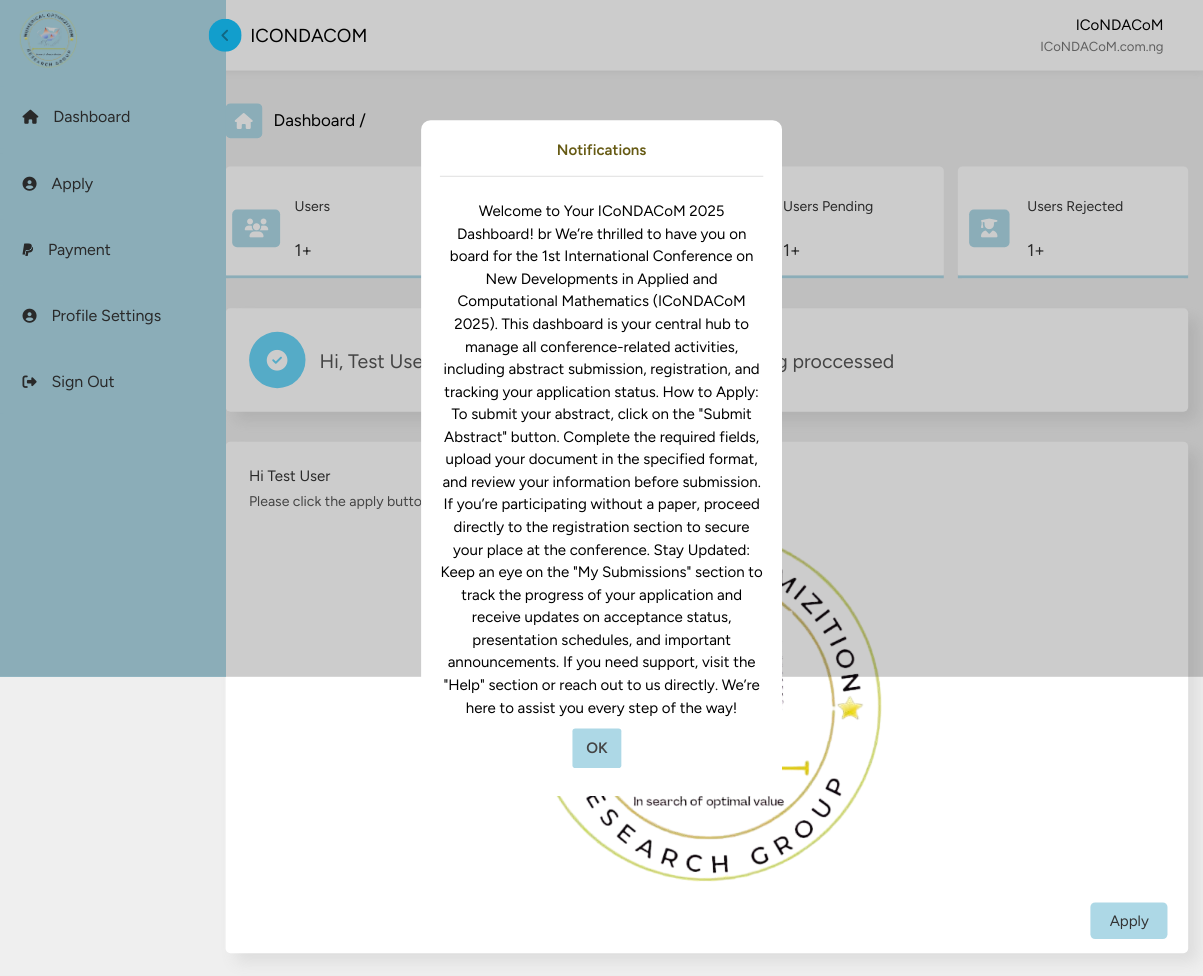
Repository: mrcode-gmb/aa-lectturn
Page: http://localhost/dashboard
The author's editor kept a copy of each file at every save. The page is drawn from the files as they stood at one save, then again after the next save.
The browser window is 1280 px wide. The pictures show the whole page, at 94% of full size.
The page is served by the project's Laravel application, run on PHP 8.4 with Laravel 10. A made-up administrator, Test User (test@example.com), is signed in. Other server files are loaded and not shown. Queries for data that is not in the repository find no rows.

Above is the page before, as saved 2025-02-07 10:22:11.

### routes/web.php
<?php

use App\Models\User;
use Illuminate\Support\Facades\Mail;
use Illuminate\Support\Facades\Route;
use App\Http\Controllers\ProfileController;
use App\Http\Controllers\ApplyCompetationController;

/*
|--------------------------------------------------------------------------
| Web Routes
|--------------------------------------------------------------------------
|
| Here is where you can register web routes for your application. These
| routes are loaded by the RouteServiceProvider and all of them will
| be assigned to the "web" middleware group. Make something great!
|
*/

Route::get('/', function () {
    return view('welcome');
});

Route::get('/dashboard', function () {
    return view('dashboard',
    [
        "allUsers" => User::where("role",2)->count(),
        "allPendingUsers" => User::where("status",1)->count(),
        "allApprovedUsers" => User::where("status",2)->count(),
        "allRejectedUsers" => User::where("status",3)->count(),
    ]);
})->middleware(['auth', 'verified'])->name('dashboard');

Route::middleware('auth')->group(function () {
    Route::get('/profile', [ProfileController::class, 'edit'])->name('profile.edit');
    Route::patch('/profile', [ProfileController::class, 'update'])->name('profile.update');
    Route::delete('/profile', [ProfileController::class, 'destroy'])->name('profile.destroy');

    Route::controller(ApplyCompetationController::class)->group(function () {
        Route::get("/apply", "index")->name("apply");
        Route::get("/users/applied", "showAppliedUsers")->name("apply.showAppliedUsers");
        Route::get("/users/payment/histories", "showPaymentHistories")->name("apply.showPaymentHistories");
        Route::get("/users/all", "showAlldUsers")->name("all.showAppliedUsers");
        Route::post("apply/store", "store")->name("apply.store");
        Route::post("apply/update", "update")->name("apply.update");
        Route::post("apply/payment-status", "paymentStatus")->name("apply.paymentStatus");
        Route::get("/payment/user", "userPayment")->name("userPayment");
        Route::post("/payment/payment", "userPaymentPayment")->name("userPaymentPayment");
    });
});

require __DIR__ . '/auth.php';

### app/Models/User.php
<?php

namespace App\Models;

// use Illuminate\Contracts\Auth\MustVerifyEmail;
use Illuminate\Database\Eloquent\Factories\HasFactory;
use Illuminate\Foundation\Auth\User as Authenticatable;
use Illuminate\Notifications\Notifiable;
use Laravel\Sanctum\HasApiTokens;

class User extends Authenticatable
{
    use HasApiTokens, HasFactory, Notifiable;

    /**
     * The attributes that are mass assignable.
     *
     * @var array<int, string>
     */
    protected $fillable = [
        'name',
        'email',
        "status",
        'password',
    ];

    /**
     * The attributes that should be hidden for serialization.
     *
     * @var array<int, string>
     */
    protected $hidden = [
        'password',
        'remember_token',
    ];

    /**
     * The attributes that should be cast.
     *
     * @var array<string, string>
     */
    protected $casts = [
        'email_verified_at' => 'datetime',
        'password' => 'hashed',
    ];

    public function userApplied()
    {
        return $this->hasOne(ApplyCompetation::class);
    }
    public function payment()
    {
        return $this->hasOne(Payment::class);
    }
}

### resources/views/dashboard.blade.php
<x-app-layout>
    <div>
        <section id="mainbody">
            <div class="main-body">
                <div class="str">
                    <div class="str-home">
                        <i class="fa fa-home"></i>
                        <div class="db">
                            <h4>Dashboard / &nbsp;</h4>
                            <p></p>
                        </div>
                    </div>
                </div>
                <div>
                    <div class="tabs" id="tabls">
                        <div class="">
                            <div class="container-fluiding">
                                <div class="col-md-3">
                                    <div class="icon-flex">
                                        <div class="left">
                                            <i class="fa fa-users"></i>
                                        </div>
                                        <div class="right">
                                            <h4>Users</h4>
                                            <p class="percent" id="percent">0%</p>
                                        </div>
                                    </div>
                                    <div class="loader">
                                        <div class="shows" id="shows"></div>
                                    </div>
                                </div>
                                <div class="col-md-3">
                                    <div class="icon-flex">
                                        <div class="left">
                                            <i class="fa fa-hand-point-right"></i>
                                        </div>
                                        <div class="right">
                                            <h4>Users Approved</h4>
                                            <p class="percent" id="percent1">0%</p>
                                        </div>
                                    </div>
                                    <div class="loader">
                                        <div class="shows" id="shows1"></div>
                                    </div>
                                </div>
                                <div class="col-md-3">
                                    <div class="icon-flex">
                                        <div class="left">
                                            <i class="fa fa-money-check-alt"></i>
                                        </div>
                                        <div class="right">
                                            <h4>Users Pending</h4>
                                            <p class="percent" id="percent2">0%</p>
                                        </div>
                                    </div>
                                    <div class="loader">
                                        <div class="shows" id="shows2"></div>
                                    </div>
                                </div>
                                <div class="col-md-3">
                                    <div class="icon-flex">
                                        <div class="left">
                                            <i class="fa fa-user-graduate"></i>
                                        </div>
                                        <div class="right">
                                            <h4>Users Rejected</h4>
                                            <p class="percent" id="percent3">0%</p>
                                        </div>
                                    </div>
                                    <div class="loader">
                                        <div class="shows" id="shows3"></div>
                                    </div>
                                </div>
                            </div>
                        </div>
                        <x-auth-session-status class="mb-4" :status="session('status')" />
                        @if (Auth::user()->status != 0)
                            @if (Auth::user()->status == 1)
                                <div class="full-chart">
                                    <div class="chart-title flex-class">
                                        <div class="circle-pending">
                                            <i class="fa fa-check-circle"></i>
                                        </div>
                                        <div class="circle-text">
                                            <p>Hi, {{ Auth::user()->name }}, Congratulation your application is being
                                                proccessed </p>
                                        </div>
                                    </div>
                                </div>
                            @elseif (Auth::user()->status == 2)
                                <div class="full-chart">
                                    <div class="chart-title flex-class">
                                        <div class="circle-success">
                                            <i class="fa fa-check-circle"></i>
                                        </div>
                                        <div class="circle-text">
                                            <p>Hi, {{ Auth::user()->name }}, Congratulation your application has been
                                                approved.
                                            </p>
                                        </div>
                                    </div>
                                </div>
                            @elseif (Auth::user()->status == 3)
                                <div class="full-chart">
                                    <div class="chart-title flex-class">
                                        <div class="circle-rejected">
                                            <i class="fa fa-check-circle"></i>
                                        </div>
                                        <div class="circle-text">
                                            <p>Hi, {{ Auth::user()->name }}, Sorry your application cannot be
                                                considered.
                                            </p>
                                        </div>
                                    </div>
                                </div>
                            @else
                            @endif
                        @endif
                    </div>
                </div>

                @if (Auth::user()->role == 1)
                    <div>
                        <div class="tabs" id="tabls">
                            <div class="full-chart">
                                <div class="chart-title">
                                    <h3>Hi {{ Auth::user()->name }} (Super Admin)</h3>
                                    <p>Please click the manage users button to view, approved, or reject user who apply
                                    </p>
                                </div>
                                <div class="dont-have">
                                    <img src="{{ asset('asset/photos/WhatsApp_Image_2024-10-23_at_8.20.45_PM-removebg-preview.png') }}"
                                        alt="">
                                </div>
                                <div class="create-app">
                                    <a href="apply">
                                        Manage Users
                                    </a>
                                </div>
                            </div>
                            <br>
                        </div>
                    </div>
                @else
                    <div>
                        <div class="tabs" id="tabls">
                            <div class="full-chart">
                                <div class="chart-title">
                                    <h3>Hi {{ Auth::user()->name }}</h3>
                                    <p>Please click the apply button to apply</p>
                                </div>
                                <div class="dont-have">
                                    <img src="{{ asset('asset/photos/WhatsApp_Image_2024-10-23_at_8.20.45_PM-removebg-preview.png') }}"
                                        alt="">
                                </div>
                                <div class="create-app">
                                    <a href="apply">
                                        Apply
                                    </a>
                                </div>
                            </div>
                            <br>
                        </div>
                    </div>
                @endif
                <!-- end design dashboard content  -->
            </div>
        </section>
    </div>
    <div class="modal d-nones text-center font-bold" id="modal">
        <div class="modal-dialog">
            <div class="modal-head">
                <p><b>Notifications</b> </p>
            </div>
            <form class="modal-body">
                <p>
                    Welcome to Your ICoNDACoM 2025 Dashboard! br
We’re thrilled to have you on board for the 1st International Conference on New Developments in Applied and Computational Mathematics (ICoNDACoM 2025). This dashboard is your central hub to manage all conference-related activities, including abstract submission, registration, and tracking your application status.

How to Apply:
To submit your abstract, click on the "Submit Abstract" button. Complete the required fields, upload your document in the specified format, and review your information before submission. If you’re participating without a paper, proceed directly to the registration section to secure your place at the conference.

Stay Updated:
Keep an eye on the "My Submissions" section to track the progress of your application and receive updates on acceptance status, presentation schedules, and important announcements. If you need support, visit the "Help" section or reach out to us directly. We’re here to assist you every step of the way!


                </p>
                <div class="modal-footer text-center">
                    <button type="button" onclick="modalDismiss()">OK</button>
                </div>
            </form>
        </div>
    </div>
    <script>
        const modalDismiss = ()=>{
            document.querySelector("#modal").style.display = "none";
        }
        window.onclick = (e)=>{
            const modal = document.getElementById("modal")
            if(e.target == modal){
                document.querySelector("#modal").style.display = "none";
            }
        }
        window.onload = () => {
            let loader = document.querySelector(".shows"),
                percent = document.querySelector("#percent");

            let loaderStart = 0,
                loaderEnd = {{ $allUsers < 1 ? 1 : $allUsers }},
                loaderTime = 60;

            let start = setInterval(() => {
                loaderStart++;

                percent.textContent = loaderStart + '+';
                loader.style.width = `${loaderStart}`;
                loader.style.background = `rgb(173, 216, 230)`;


                if (loaderStart == loaderEnd) {
                    clearInterval(start);
                }
            }, loaderTime);


            let loader1 = document.querySelector("#shows1"),
                percent1 = document.querySelector("#percent1");

            let loaderStart1 = 0,
                loaderEnd1 = {{ $allApprovedUsers < 1 ? 1 : $allApprovedUsers }},
                loaderTime1 = 60;

            let start1 = setInterval(() => {
                loaderStart1++;

                percent1.textContent = loaderStart1 + '+';
                loader1.style.width = `${loaderStart1}`;
                loader1.style.background = `rgb(173, 216, 230)`;


                if (loaderStart1 == loaderEnd1) {
                    clearInterval(start1);
                }
            }, loaderTime1);




            let loader2 = document.querySelector("#shows2"),
                percent2 = document.querySelector("#percent2");

            let loaderStart2 = 0,
                loaderEnd2 = {{ $allPendingUsers < 1 ? 1 : $allPendingUsers }},
                loaderTime2 = 60;

            let start2 = setInterval(() => {
                loaderStart2++;

                percent2.textContent = loaderStart2 + '+';
                loader2.style.width = `${loaderStart2}`;
                loader2.style.background = `rgb(173, 216, 230)`;


                if (loaderStart2 == loaderEnd2) {
                    clearInterval(start2);
                }
            }, loaderTime2);


            let loader3 = document.querySelector("#shows3"),
                percent3 = document.querySelector("#percent3");

            let loaderStart3 = 0,
                loaderEnd3 = {{ $allRejectedUsers < 1 ? 1 : $allRejectedUsers }},
                loaderTime3 = 60;

            let start3 = setInterval(() => {
                loaderStart3++;

                percent3.textContent = loaderStart3 + '+';
                loader3.style.width = `${loaderStart3}`;
                loader3.style.background = `rgb(173, 216, 230)`;


                if (loaderStart3 == loaderEnd3) {
                    clearInterval(start3);
                }
            }, loaderTime3);

        }
    </script>
</x-app-layout>

### resources/views/components/auth-session-status.blade.php
@props(['status'])

@if ($status)
    <div {{ $attributes->merge(['class' => 'font-medium text-sm text-green-600 dark:text-green-400 alert-success']) }}>
        <i class="fa fa-check-circle"></i>&nbsp;{{ $status }}
    </div>
@endif

Loaded but not shown: routes/auth.php (common file); app/Http/Controllers/Auth/EmailVerificationPromptController.php (common file); app/Http/Controllers/Controller.php (common file); app/Http/Controllers/Auth/VerifyEmailController.php (common file); app/View/Components/AppLayout.php (common file); public/asset/fontawesome-free/css/all.min.css (library); public/asset/fontawesome-free/css/all.css (library); public/asset/styles.css (1619 lines, source omitted); public/asset/form.css (503 lines, source omitted); resources/views/layouts/app.blade.php (123 lines, source omitted); resources/views/layouts/navigation.blade.php (128 lines, source omitted)

After the next save:
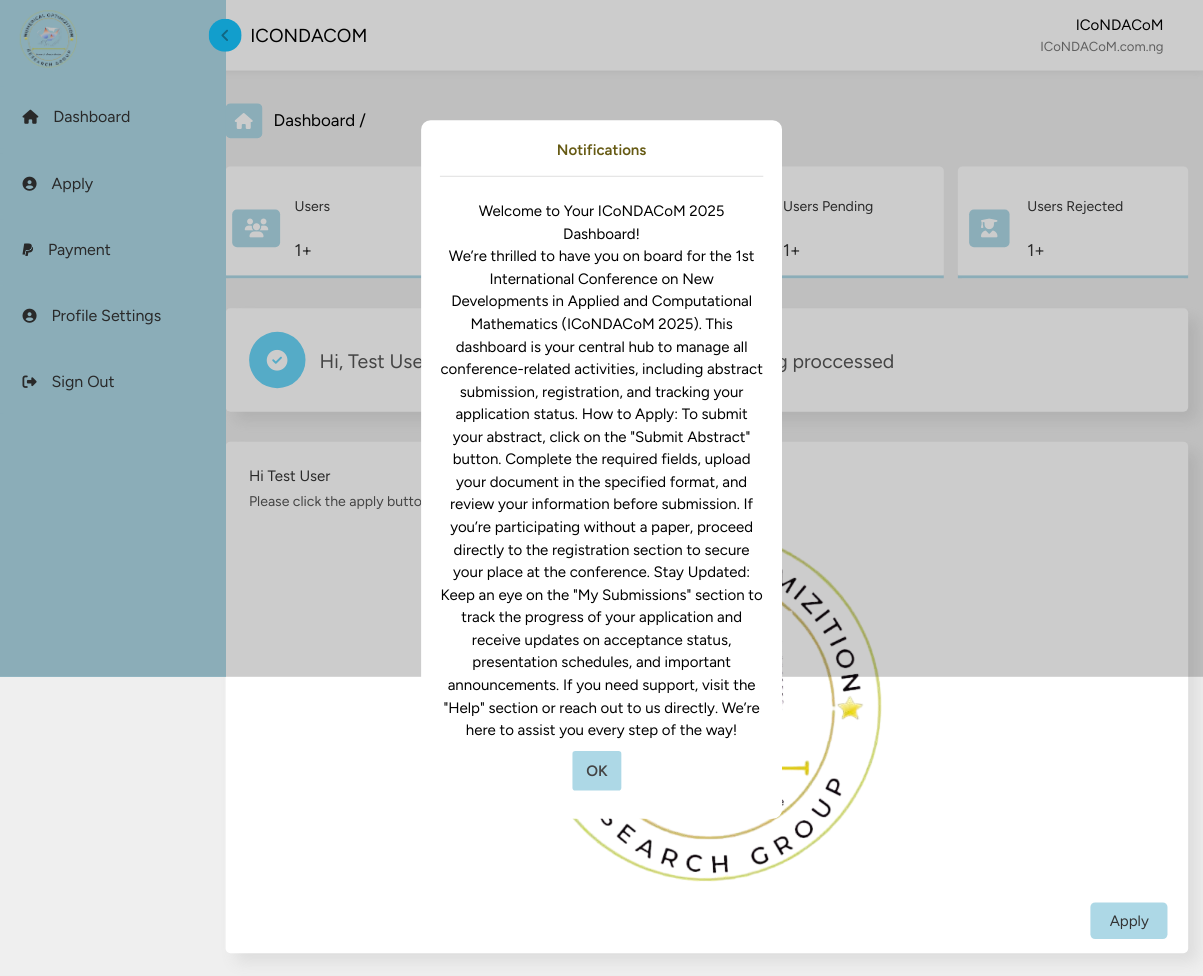
Saved 7 s later.
--- a/resources/views/dashboard.blade.php
+++ b/resources/views/dashboard.blade.php
@@ -174,7 +174,7 @@
             </div>
             <form class="modal-body">
                 <p>
-                    Welcome to Your ICoNDACoM 2025 Dashboard! br
+                    Welcome to Your ICoNDACoM 2025 Dashboard! <br>
 We’re thrilled to have you on board for the 1st International Conference on New Developments in Applied and Computational Mathematics (ICoNDACoM 2025). This dashboard is your central hub to manage all conference-related activities, including abstract submission, registration, and tracking your application status.
 
 How to Apply:
